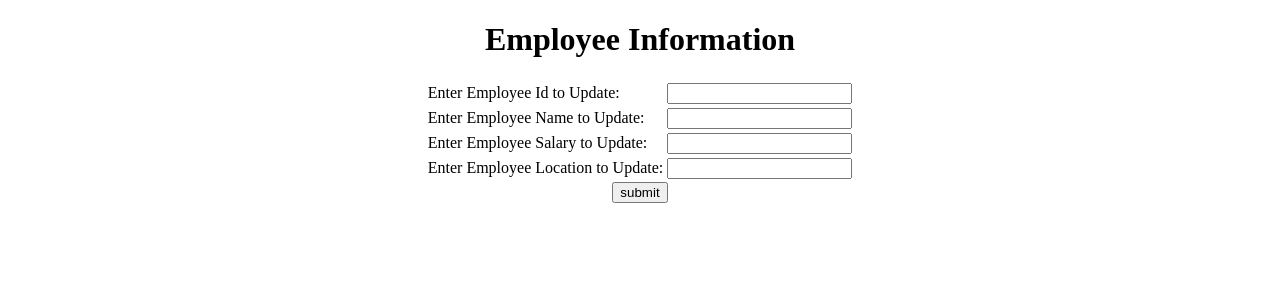
Repository: mounikagunda/corejavaproject
Page: project2/WebContent/update.html
An editor plug-in stored every save of this project. The page is shown before and after the next save, followed by the edit.
The browser window is 1280 px wide. The pictures show the whole page.

Above is the page before, as saved 2016-12-16 04:30:21.

After the next save:
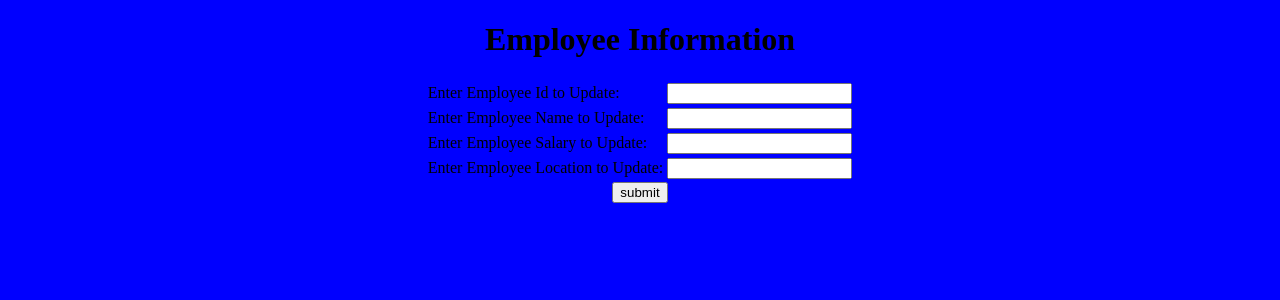
Saved 27 s later.
--- a/project2/WebContent/update.html
+++ b/project2/WebContent/update.html
@@ -4,7 +4,7 @@
 <meta charset="ISO-8859-1">
 <title>Update</title>
 </head>
-<body style="background-color:Light Blue">
+<body style="background-color:Blue">
 <div align="center">
 <h1>Employee Information</h1>
 <form action="insert" method="post">

After the save that followed:
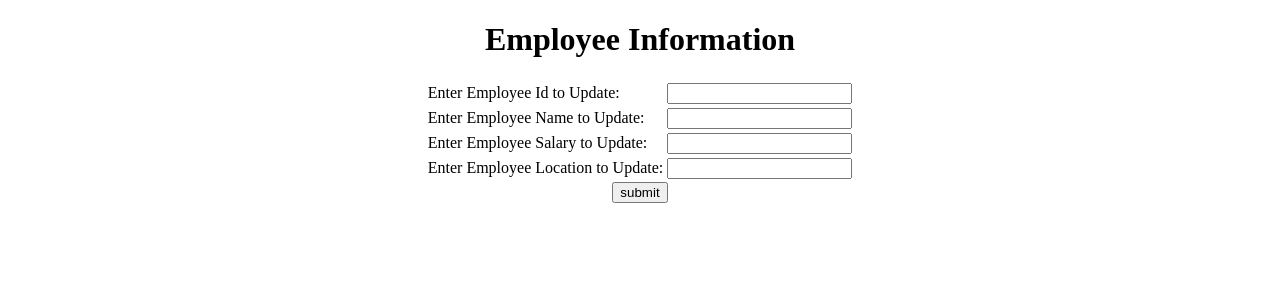
Saved 30 s later.
--- a/project2/WebContent/update.html
+++ b/project2/WebContent/update.html
@@ -4,7 +4,7 @@
 <meta charset="ISO-8859-1">
 <title>Update</title>
 </head>
-<body style="background-color:Blue">
+<body style="background-color:White">
 <div align="center">
 <h1>Employee Information</h1>
 <form action="insert" method="post">
